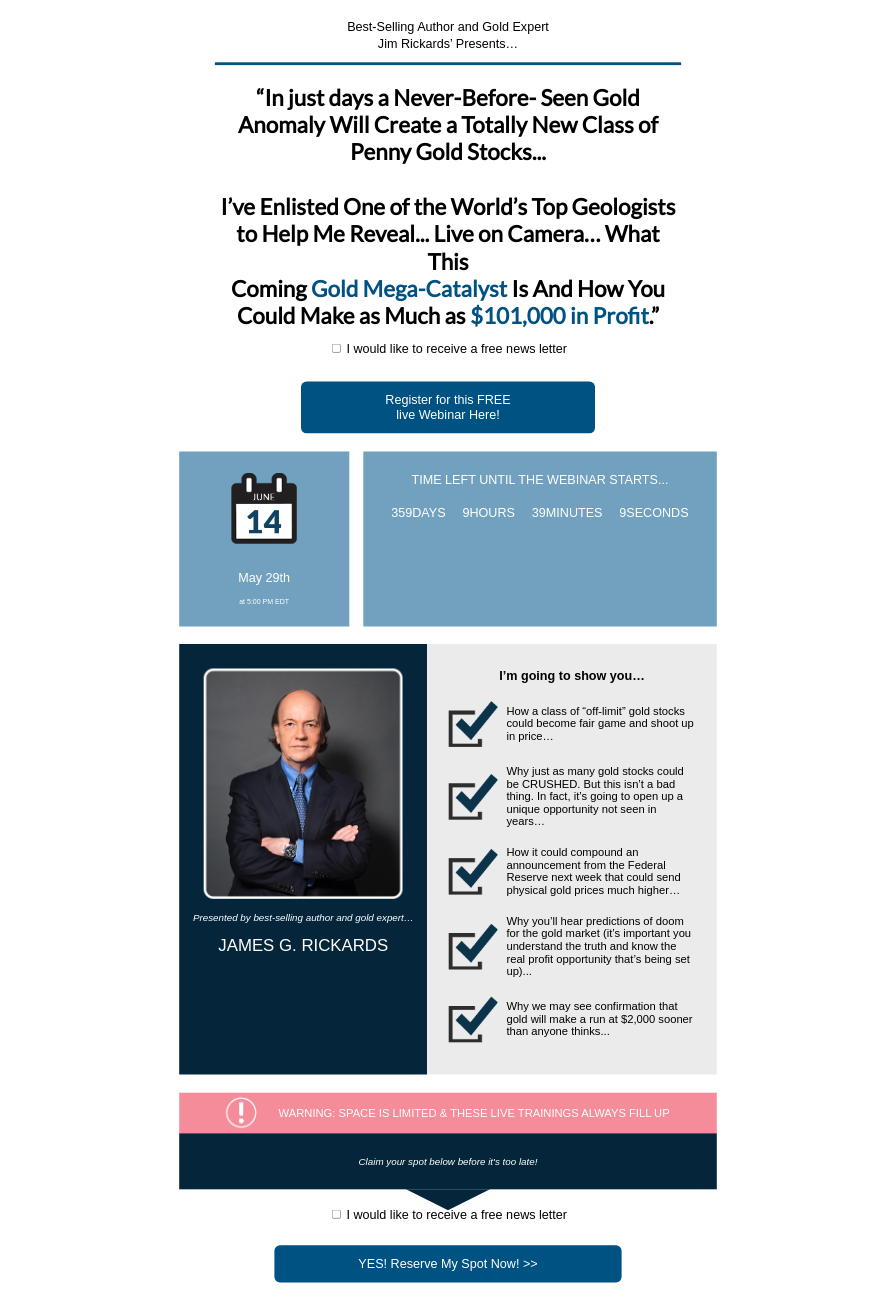
Repository: KrystellBarraza/Test
Page: index.html
The author's editor kept a copy of each file at every save. The page is drawn from the files as they stood at one save, then again after the next save.
The browser window is 1280 px wide. The pictures show the whole page, at 70% of full size.

Above is the page before, as saved 2019-10-07 13:40:50.

After the next save:
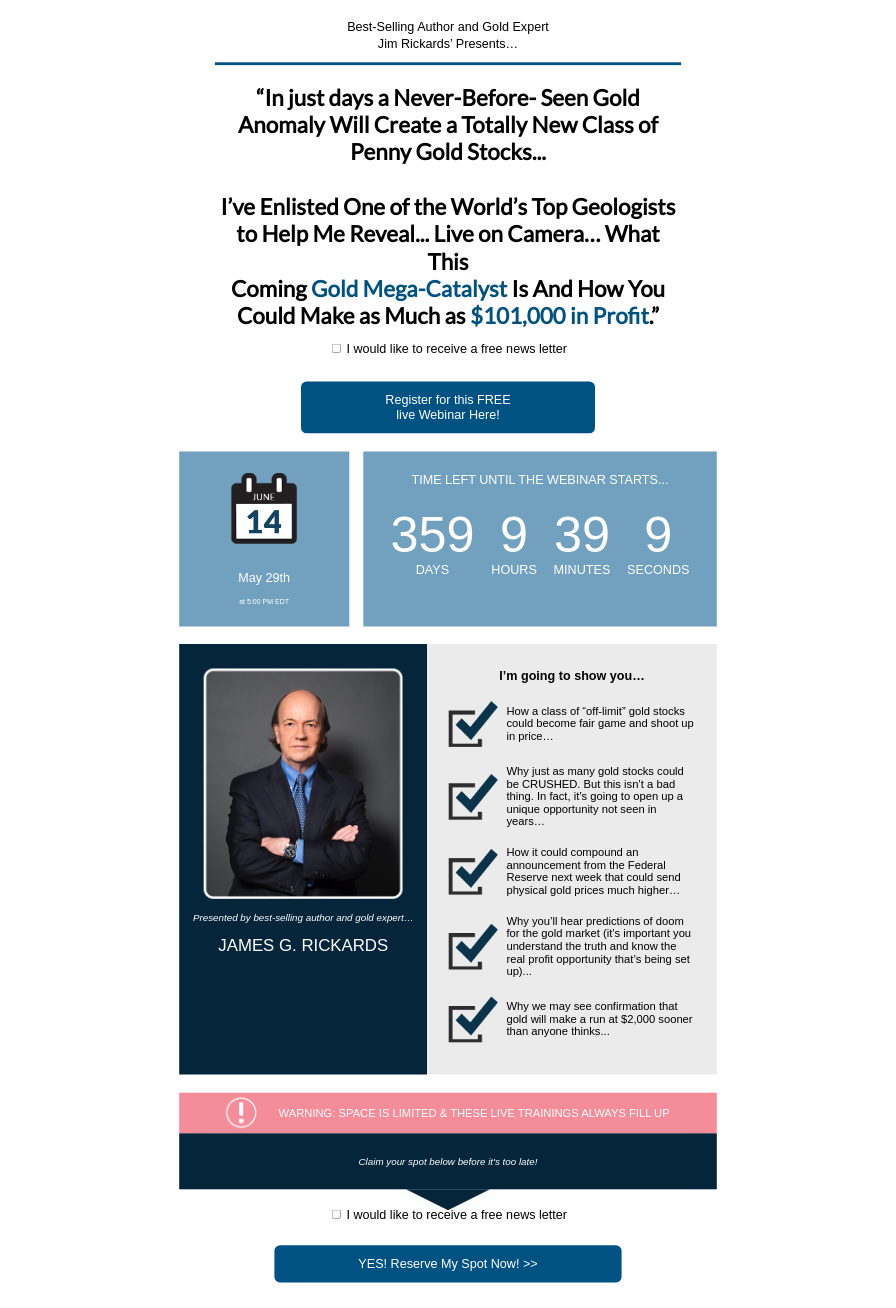
Saved 95 s later.
--- a/style.css
+++ b/style.css
@@ -161,6 +161,11 @@
     list-style-type: none;
     text-transform: uppercase;
     font-family: arial, sans-serif;
+}
+
+li span {
+    display: block;
+    font-size: 4.5rem;
 }
 
 ul {
